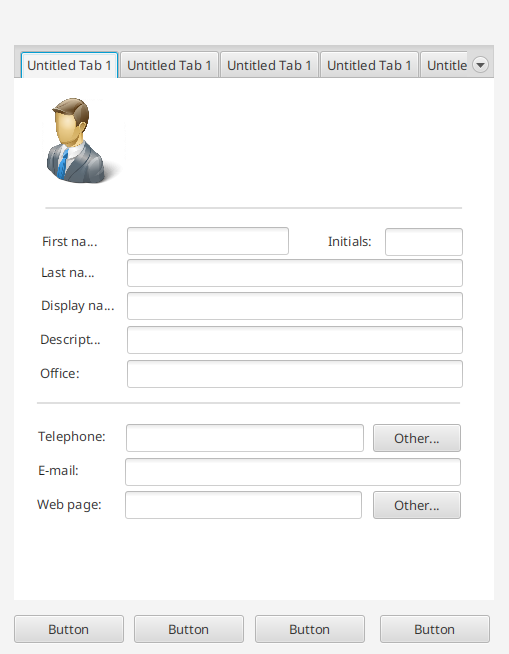
Repository: maw619/java_ActiveDirectory
Program's window: java ActiveDirecotry/src/com/app/App.java
An editor plug-in stored every save of this project. The program's window is shown before and after the next save, followed by the edit.
It runs on Java 21 on a 1366 x 768 screen with JavaFX 11; the title bar is not drawn. It also reads ActiveDirecotry/images/businessman2.png.

Above is the program's window before, as saved 2020-02-22 05:09:24.

### ActiveDirecotry/src/com/app/App.java
package com.app;
import javafx.application.*;
import javafx.fxml.FXMLLoader;
import javafx.scene.Parent;
import javafx.scene.Scene;
import javafx.stage.Stage;

public class App extends Application{

	public static void main(String[] args) {
		launch(args);
	}

	@Override
	public void start(Stage stage) throws Exception {
		Parent root = FXMLLoader.load(getClass().getResource("main.fxml"));
		Scene scene = new Scene(root);
		stage.setScene(scene);
		stage.show();
	}

}

### ActiveDirecotry/src/com/app/controller/MainController.java
package com.app.controller;

import java.net.URL;
import java.util.List;
import java.util.ResourceBundle;

import com.app.dao.UserDaoImpl;
import com.app.db.Conexion;
import com.model.User;

import javafx.fxml.FXML;
import javafx.fxml.Initializable;
import javafx.scene.control.*;
import javafx.scene.image.ImageView;

public class MainController implements Initializable{


    @FXML
    private ImageView avatar;

    @FXML
    private Label lblMemberOf;

    @FXML
    private TextField txtFirst;

    @FXML
    private TextField txtInitials;

    @FXML
    private TextField txtLast;

    @FXML
    private TextField txtDisplayName;

    @FXML
    private TextField txtDescription;

    @FXML
    private TextField txtOffice;

    @FXML
    private TextField txtTelephone;

    @FXML
    private Button btnOtherTelephone;

    @FXML
    private TextField txtEmail;

    @FXML
    private TextField txtWeb;

    @FXML
    private Button btnOtherWebpage;

    @FXML
    private Button btnOk;

    @FXML
    private Button btnCancel;

    @FXML
    private ComboBox<String> cmbList;

    List<String>listar;

    UserDaoImpl dimpl;

	@Override
	public void initialize(URL arg0, ResourceBundle arg1) {
//		cmbList.getItems().addAll(
//	            "jacob.smith@example.com",
//	            "isabella.johnson@example.com",
//	            "ethan.williams@example.com",
//	            "emma.jones@example.com",
//	            "michael.brown@example.com");
	}


	public void addUser() {
		dimpl = new UserDaoImpl();
		User u = new User();

		u.setUser_first_name(txtFirst.getText());
		u.setUser_last_name(txtLast.getText());
		u.setUser_email(txtEmail.getText());
		u.setTelephone(txtTelephone.getText());
		u.setDescription(txtDescription.getText());
		u.setUser_initials(txtInitials.getText());
		u.setDisplay_name(txtDisplayName.getText());
		u.setMemberOf("Administrator");
		u.setWebPage(txtWeb.getText());
		dimpl.addUser(u);
	}


}

### ActiveDirecotry/src/com/app/dao/UserDAO.java
package com.app.dao;

import com.model.User;

public interface UserDAO {

	public void addUser(User user);

}

### ActiveDirecotry/src/com/app/db/Conexion.java
package com.app.db;

import java.sql.Connection;
import java.sql.DriverManager;
import java.sql.SQLException;

public class Conexion {

	public Connection conn;

	public void getConn() {
		String url = "jdbc:mysql://localhost:3306/activedirectoryusers";
		String user = "root";
		String pass = "";

		try {
			conn = DriverManager.getConnection(url,user,pass);
			System.out.println("Connected");
		} catch (SQLException e) {
			// TODO Auto-generated catch block
			e.printStackTrace();
		}
	}
}

### ActiveDirecotry/src/com/app/dao/UserDaoImpl.java
package com.app.dao;
import java.sql.*;
import com.app.db.Conexion;
import com.model.User;

public class UserDaoImpl extends Conexion implements UserDAO{

	@Override
	public void addUser(User user) {
		String sql =
				"insert into users ("
				+ "user_first_name,user_last_name,user_email,"
				+ "user_initials,display_name,description,telephone,webpage,memberOf)"
				+ "values (?,?,?,?,?,?,?,?,?)";
		this.getConn();
		try {
			PreparedStatement ps = this.conn.prepareStatement(sql);
			ps.setString(1, user.getUser_first_name());
			ps.setString(2, user.getUser_last_name());
			ps.setString(3, user.getUser_email());
			ps.setString(4, user.getUser_initials());
			ps.setString(5, user.getDisplay_name());
			ps.setString(6, user.getDescription());
			ps.setString(7, user.getTelephone());
			ps.setString(8, user.getWebPage());
			ps.setString(9, user.getMemberOf());

			int i = ps.executeUpdate();
			if(i < 1) {
				System.out.println("did go through");
			}
		}catch(Exception e) {
			e.printStackTrace();
		}
	}

}

### ActiveDirecotry/src/com/app/main.fxml
<?xml version="1.0" encoding="UTF-8"?>

<?import javafx.scene.control.Button?>
<?import javafx.scene.control.Label?>
<?import javafx.scene.control.Tab?>
<?import javafx.scene.control.TabPane?>
<?import javafx.scene.control.TextField?>
<?import javafx.scene.image.Image?>
<?import javafx.scene.image.ImageView?>
<?import javafx.scene.layout.AnchorPane?>
<?import javafx.scene.shape.Line?>
<?import javafx.scene.text.Font?>

<AnchorPane maxHeight="-Infinity" maxWidth="-Infinity" minHeight="-Infinity" minWidth="-Infinity" prefHeight="654.0" prefWidth="509.0" xmlns="http://javafx.com/javafx/11.0.1" xmlns:fx="http://javafx.com/fxml/1" fx:controller="com.app.controller.MainController">
   <children>
      <TabPane layoutX="14.0" layoutY="45.0" prefHeight="555.0" prefWidth="480.0" tabClosingPolicy="UNAVAILABLE">
        <tabs>
          <Tab text="Untitled Tab 1">
            <content>
              <AnchorPane minHeight="0.0" minWidth="0.0" prefHeight="180.0" prefWidth="200.0" style="-fx-background-color: white;">
                     <children>
                        <Line endX="316.5" layoutX="131.5" layoutY="130.0" startX="-100.0" strokeWidth="0.2" AnchorPane.leftAnchor="31.0" AnchorPane.rightAnchor="31.5" />
                        <Line endX="304.0" layoutX="142.0" layoutY="325.0" startX="-119.0" strokeWidth="0.2" />
                        <ImageView fx:id="avatar" fitHeight="99.0" fitWidth="86.0" layoutX="27.0" layoutY="20.0" pickOnBounds="true" preserveRatio="true">
                           <image>
                              <Image url="@../../../images/businessman2.png" />
                           </image>
                        </ImageView>
                        <Label fx:id="lblMemberOf" layoutX="124.0" layoutY="40.0" prefHeight="32.0" prefWidth="312.0">
                           <font>
                              <Font size="14.0" />
                           </font>
                        </Label>
                        <TextField fx:id="txtFirst" layoutX="113.0" layoutY="149.0" />
                        <TextField fx:id="txtInitials" layoutX="371.0" layoutY="150.0" prefHeight="25.0" prefWidth="78.0" />
                        <TextField fx:id="txtLast" layoutX="113.0" layoutY="181.0" prefHeight="25.0" prefWidth="336.0" />
                        <TextField fx:id="txtDisplayName" layoutX="113.0" layoutY="214.0" prefHeight="25.0" prefWidth="336.0" />
                        <TextField fx:id="txtDescription" layoutX="113.0" layoutY="248.0" prefHeight="25.0" prefWidth="336.0" />
                        <TextField fx:id="txtOffice" layoutX="113.0" layoutY="282.0" prefHeight="25.0" prefWidth="336.0" />
                        <TextField fx:id="txtTelephone" layoutX="112.0" layoutY="346.0" prefHeight="25.0" prefWidth="238.0" />
                        <Button fx:id="btnOtherTelephone" layoutX="359.0" layoutY="346.0" mnemonicParsing="false" prefHeight="25.0" prefWidth="88.0" text="Other..." />
                        <TextField fx:id="txtEmail" layoutX="111.0" layoutY="380.0" prefHeight="25.0" prefWidth="336.0" />
                        <TextField fx:id="txtWeb" layoutX="111.0" layoutY="413.0" prefHeight="25.0" prefWidth="237.0" />
                        <Button fx:id="btnOtherWebpage" layoutX="359.0" layoutY="413.0" mnemonicParsing="false" prefHeight="25.0" prefWidth="88.0" text="Other..." />
                        <Label layoutX="27.0" layoutY="214.0" prefHeight="25.0" prefWidth="81.0" text="Display name:" />
                        <Label layoutX="26.0" layoutY="248.0" prefHeight="25.0" prefWidth="66.0" text="Description:" />
                        <Label layoutX="26.0" layoutY="282.0" prefHeight="25.0" prefWidth="66.0" text="Office:" />
                        <Label layoutX="23.0" layoutY="413.0" prefHeight="25.0" prefWidth="66.0" text="Web page:" />
                        <Label layoutX="27.0" layoutY="181.0" prefHeight="25.0" prefWidth="66.0" text="Last name:" />
                        <Label alignment="CENTER_RIGHT" layoutX="293.0" layoutY="150.0" prefHeight="25.0" prefWidth="66.0" text="Initials:" textAlignment="CENTER" />
                        <Label layoutX="24.0" layoutY="345.0" prefHeight="25.0" prefWidth="87.0" text="Telephone:" />
                        <Label layoutX="24.0" layoutY="379.0" prefHeight="25.0" prefWidth="66.0" text="E-mail:" />
                        <Label layoutX="28.0" layoutY="150.0" prefHeight="25.0" prefWidth="66.0" text="First name:" />
                     </children>
                  </AnchorPane>
            </content>
          </Tab>
            <Tab text="Untitled Tab 1">
               <content>
                  <AnchorPane minHeight="0.0" minWidth="0.0" prefHeight="180.0" prefWidth="200.0" style="-fx-background-color: white;">
                     <children>
                        <Line endX="304.0" layoutX="139.0" layoutY="120.0" startX="-100.0" strokeWidth="0.2" AnchorPane.leftAnchor="35.0" AnchorPane.rightAnchor="35.0" />
                        <Line endX="304.0" layoutX="135.0" layoutY="313.0" startX="-100.0" strokeWidth="0.2" />
                     </children>
                  </AnchorPane>
               </content>
            </Tab>
            <Tab text="Untitled Tab 1">
               <content>
                  <AnchorPane minHeight="0.0" minWidth="0.0" prefHeight="180.0" prefWidth="200.0" style="-fx-background-color: white;">
                     <children>
                        <Line endX="304.0" layoutX="139.0" layoutY="120.0" startX="-100.0" strokeWidth="0.2" AnchorPane.leftAnchor="35.0" AnchorPane.rightAnchor="35.0" />
                        <Line endX="304.0" layoutX="135.0" layoutY="313.0" startX="-100.0" strokeWidth="0.2" />
                     </children>
                  </AnchorPane>
               </content>
            </Tab>
            <Tab text="Untitled Tab 1">
               <content>
                  <AnchorPane minHeight="0.0" minWidth="0.0" prefHeight="180.0" prefWidth="200.0" style="-fx-background-color: white;">
                     <children>
                        <Line endX="304.0" layoutX="139.0" layoutY="120.0" startX="-100.0" strokeWidth="0.2" AnchorPane.leftAnchor="35.0" AnchorPane.rightAnchor="35.0" />
                        <Line endX="304.0" layoutX="135.0" layoutY="313.0" startX="-100.0" strokeWidth="0.2" />
                     </children>
                  </AnchorPane>
               </content>
            </Tab>
            <Tab text="Untitled Tab 1">
               <content>
                  <AnchorPane minHeight="0.0" minWidth="0.0" prefHeight="180.0" prefWidth="200.0" style="-fx-background-color: white;">
                     <children>
                        <Line endX="304.0" layoutX="139.0" layoutY="120.0" startX="-100.0" strokeWidth="0.2" AnchorPane.leftAnchor="35.0" AnchorPane.rightAnchor="35.0" />
                        <Line endX="304.0" layoutX="135.0" layoutY="313.0" startX="-100.0" strokeWidth="0.2" />
                     </children>
                  </AnchorPane>
               </content>
            </Tab>
        </tabs>
      </TabPane>
      <Button fx:id="btnOk" layoutX="14.0" layoutY="615.0" mnemonicParsing="false" onAction="#addUser" prefHeight="25.0" prefWidth="110.0" text="Button" />
      <Button fx:id="btnCancel" layoutX="134.0" layoutY="615.0" mnemonicParsing="false" prefHeight="25.0" prefWidth="110.0" text="Button" />
      <Button layoutX="255.0" layoutY="615.0" mnemonicParsing="false" prefHeight="25.0" prefWidth="110.0" text="Button" />
      <Button layoutX="380.0" layoutY="615.0" mnemonicParsing="false" prefHeight="25.0" prefWidth="110.0" text="Button" />
   </children>
</AnchorPane>

After the next save:
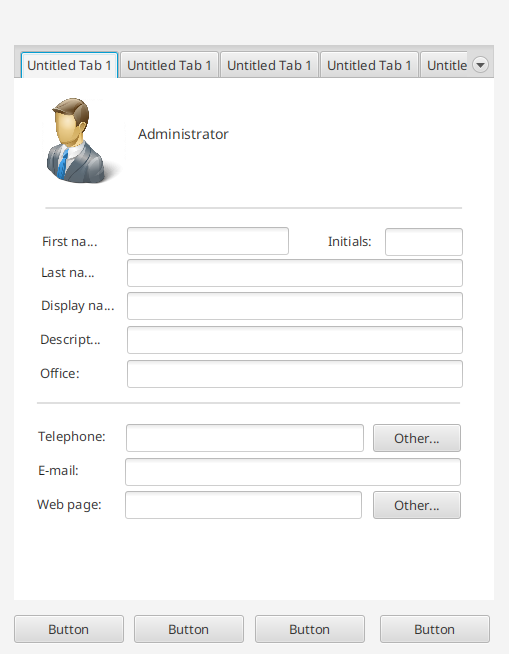
Saved 48 s later.
--- a/ActiveDirecotry/src/com/app/controller/MainController.java
+++ b/ActiveDirecotry/src/com/app/controller/MainController.java
@@ -76,6 +76,7 @@
 //	            "ethan.williams@example.com",
 //	            "emma.jones@example.com",
 //	            "michael.brown@example.com");
+		lblMemberOf.setText("Administrator");
 	}
 
 
